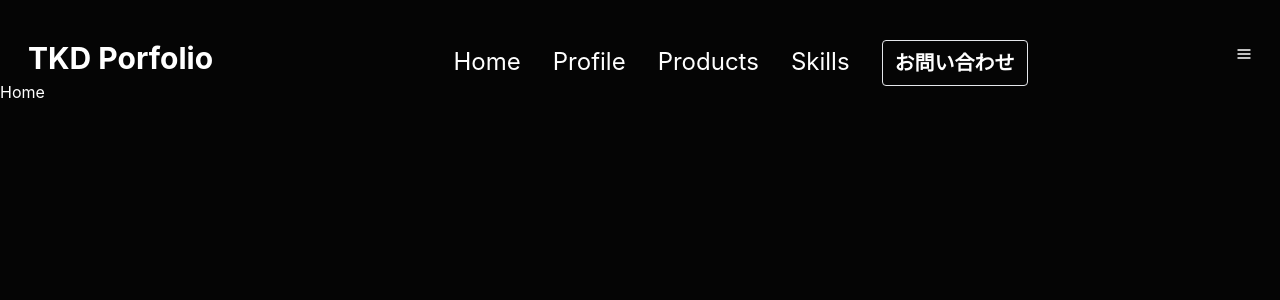
Repository: MitukiTakada/todo-aplication
Page: / (app in design/dev/react-tailwind/react-tailwind/)
These files come from the project's save history. The page is drawn as it stood at one moment and after a run of saves; the edit follows.
The browser window is 1280 px wide. The pictures show the whole page.
The project was rebuilt for these pictures with package versions that can differ from the ones it lists, and the page was loaded fresh each time. Also part of the build but not shown: design/dev/react-tailwind/react-tailwind/src/components/Products.jsx, design/dev/react-tailwind/react-tailwind/src/components/Profile.jsx, design/dev/react-tailwind/react-tailwind/src/components/Skills.jsx.

Above is the page before, as saved 2022-11-16 08:31:02.

### design/dev/react-tailwind/react-tailwind/public/index.html
<!DOCTYPE html>
<html lang="en">
  <head>
    <meta charset="utf-8" />
    <link rel="icon" href="%PUBLIC_URL%/favicon.ico" />
    <meta name="viewport" content="width=device-width, initial-scale=1" />
    <meta name="theme-color" content="#000000" />
    <meta
      name="description"
      content="Web site created using create-react-app"
    />
    <link rel="apple-touch-icon" href="%PUBLIC_URL%/logo192.png" />
    <link rel ="stylesheet" href="https://cdnjs.cloudflare.com/ajax/libs/font-awesome/5.15.3/css/all.min.css">
    <!--
      manifest.json provides metadata used when your web app is installed on a
      user's mobile device or desktop. See https://developers.google.com/web/fundamentals/web-app-manifest/
    -->
    <link rel="manifest" href="%PUBLIC_URL%/manifest.json" />
    <!--
      Notice the use of %PUBLIC_URL% in the tags above.
      It will be replaced with the URL of the `public` folder during the build.
      Only files inside the `public` folder can be referenced from the HTML.

      Unlike "/favicon.ico" or "favicon.ico", "%PUBLIC_URL%/favicon.ico" will
      work correctly both with client-side routing and a non-root public URL.
      Learn how to configure a non-root public URL by running `npm run build`.
    -->
    <title>React App</title>
  </head>
  <body>
    <noscript>You need to enable JavaScript to run this app.</noscript>
    <div id="root"></div>
    <!--
      This HTML file is a template.
      If you open it directly in the browser, you will see an empty page.

      You can add webfonts, meta tags, or analytics to this file.
      The build step will place the bundled scripts into the <body> tag.

      To begin the development, run `npm start` or `yarn start`.
      To create a production bundle, use `npm run build` or `yarn build`.
    -->
  </body>
</html>

### design/dev/react-tailwind/react-tailwind/src/index.jsx
import React from 'react';
import ReactDOM from 'react-dom/client';
import './index.css';
import App from './App';
import reportWebVitals from './reportWebVitals';
import { BrowserRouter } from 'react-router-dom';
import { ChakraProvider } from '@chakra-ui/provider';

const root = ReactDOM.createRoot(document.getElementById('root'));
root.render(
  <React.StrictMode>
    <BrowserRouter>
        <ChakraProvider>
          <App />
        </ChakraProvider>
    </BrowserRouter>
  </React.StrictMode>
);

// If you want to start measuring performance in your app, pass a function
// to log results (for example: reportWebVitals(console.log))
// or send to an analytics endpoint. Learn more: https://bit.ly/CRA-vitals
reportWebVitals();

### design/dev/react-tailwind/react-tailwind/src/App.jsx
import { BrowserRouter, Routes, Route } from "react-router-dom";
import Header from "./components/Header";
import Home from "./components/Home";
import Products from "./components/Products";
import Profile from "./components/Profile";
import Skills from "./components/Skills";


function App() {
  return (
    <div className="h-screen bg-body text-white w-full">
     <Header />
      <Routes>
        <Route path="/" element={<Home />}/>
        <Route path="/prfole" element={<Profile />}/>
        <Route path="products" element={<Products />}/>
        <Route path="/skills" element={<Skills />}/>
      </Routes>
    </div>
  );
}

export default App;

### design/dev/react-tailwind/react-tailwind/src/components/Header.jsx
import React from 'react'
import { Link } from 'react-router-dom'
import "./output.css"
import {HamburgerIcon} from "@chakra-ui/icons"

const Header = () => {
  return (
    <header className="h-20 flex justify-between px-7 py-10 w-full">
      <div>
        <h2 className="text-3xl font-bold">TKD Porfolio</h2>
      </div>
      <nav className="flex space-x-8 text-2xl ml-8 items-center hidden sm:block">
        <Link to={"/home"} className="link">Home</Link>
        <Link to={"/profile"} className="link">Profile</Link>
        <Link to={"/products"} className="link">Products</Link>
        <Link to={"/skills"} className="link">Skills</Link>
        <a href="#contact" className="ml-5">
          <button className="contact-btn">お問い合わせ</button>
        </a>
      </nav>
      <div className="">
        <HamburgerIcon />
      </div>
    </header>
  )
}

export default Header

### design/dev/react-tailwind/react-tailwind/src/components/output.css
.link {
  @apply hover:text-purple-400 transition-all duration-300;
}
.contact-btn {
  @apply bg-transparent font-bold text-xl px-3 py-2 rounded border
}

### design/dev/react-tailwind/react-tailwind/tailwind.config.js
/** @type {import('tailwindcss').Config} */
module.exports = {
  content: [
    "./src/**/*.{js,jsx,ts,tsx}",
  ],
  theme: {
    extend: {
      colors: {
        body: "#050505",
      },
    },
  },
  plugins: [],
}

Loaded but not shown: design/dev/react-tailwind/react-tailwind/src/index.css (common file); design/dev/react-tailwind/react-tailwind/src/reportWebVitals.js (common file); design/dev/react-tailwind/react-tailwind/src/components/Home.jsx (common file)

After the next 6 saves:
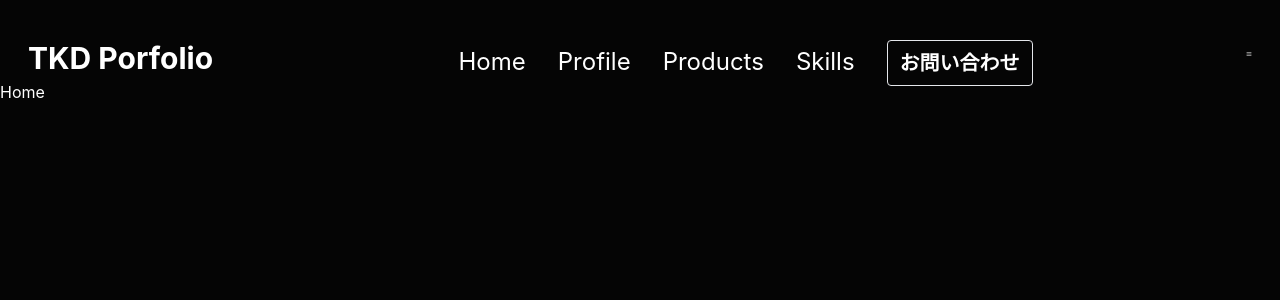
The 6 saves are shown as one change because they came seconds apart.
The last was saved 28 s later.
--- a/design/dev/react-tailwind/react-tailwind/src/components/Header.jsx
+++ b/design/dev/react-tailwind/react-tailwind/src/components/Header.jsx
@@ -19,7 +19,7 @@ const Header = () => {
         </a>
       </nav>
       <div className="">
-        <HamburgerIcon />
+        <HamburgerIcon h={6} w={6}/>
       </div>
     </header>
   )
